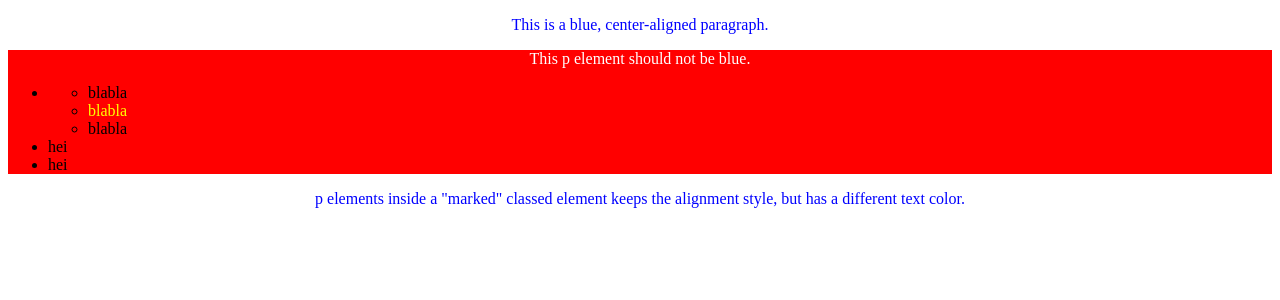
Repository: mesan/css-kurs
Page: kode/wroom/html-snippets/noNO.html
An editor plug-in stored every save of this project. The page is shown before and after the next save, followed by the edit.
The browser window is 1280 px wide. The pictures show the whole page.

Above is the page before, as saved 2013-01-16 09:51:33.

After the next save:
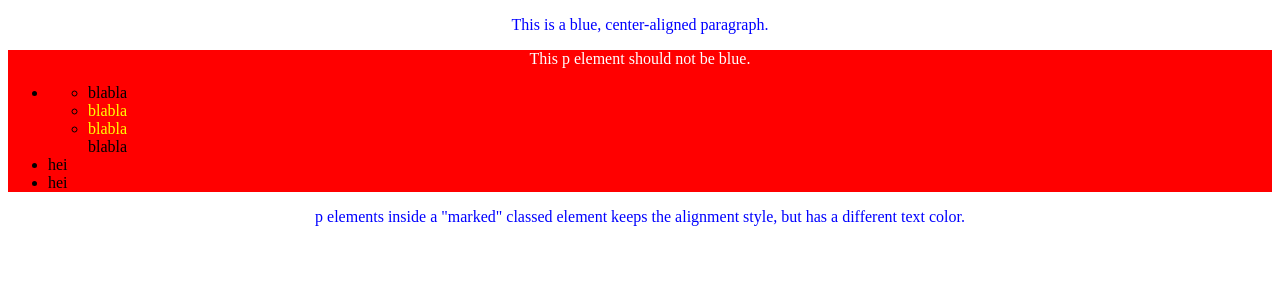
Saved 72 s later.
--- a/kode/wroom/html-snippets/noNO.html
+++ b/kode/wroom/html-snippets/noNO.html
@@ -1,47 +1,64 @@
 <!DOCTYPE html>
 <html>
-<head>
-<style>
-p
-{
-color:blue;
-text-align:center;
-}
-.marked
-{
-background-color:red;
-}
-.marked p
-{
-color:white;
-}
+	<head>
+		<style>
+			p {
+				color: blue;
+				text-align: center;
+			}
+			.marked {
+				background-color: red;
+			}
+			.marked p {
+				color: white;
+			}
 
-.marked li ul li > p
-{
-color:yellow;
-padding:0;
-margin:0;
-text-align:left;
-}
-</style>
-</head>
+			.marked li ul li > p {
+				color: yellow;
+				padding: 0;
+				margin: 0;
+				text-align: left;
+			}
+		</style>
+	</head>
 
-<body>
-<p>This is a blue, center-aligned paragraph.</p>
-<div class="marked">
-<p>This p element should not be blue.</p>
-<ul>
-<li>
-<ul>
-<li>blabla</li>
-<li><p>blabla</p></li>
-<li>blabla</li>
-</ul>
-</li>
-<li>hei</li>
-<li>hei</li>
-</ul>
-</div>
-<p>p elements inside a "marked" classed element keeps the alignment style, but has a different text color.</p>
-</body>
+	<body>
+		<p>
+			This is a blue, center-aligned paragraph.
+		</p>
+		<div class="marked">
+			<p>
+				This p element should not be blue.
+			</p>
+			<ul>
+				<li>
+					<ul>
+						<li>
+							blabla
+						</li>
+						<li>
+							<p>
+								blabla
+							</p>
+						</li>
+						<li>
+							<p>
+								<a>blabla</a>
+							</p>
+							blabla
+						</li>
+					</ul>
+				</li>
+				<li>
+					hei
+				</li>
+				<li>
+					hei
+				</li>
+			</ul>
+		</div>
+		<p>
+			p elements inside a "marked" classed element keeps the alignment style, but has a different text color.
+		</p>
+	</body>
 </html>
